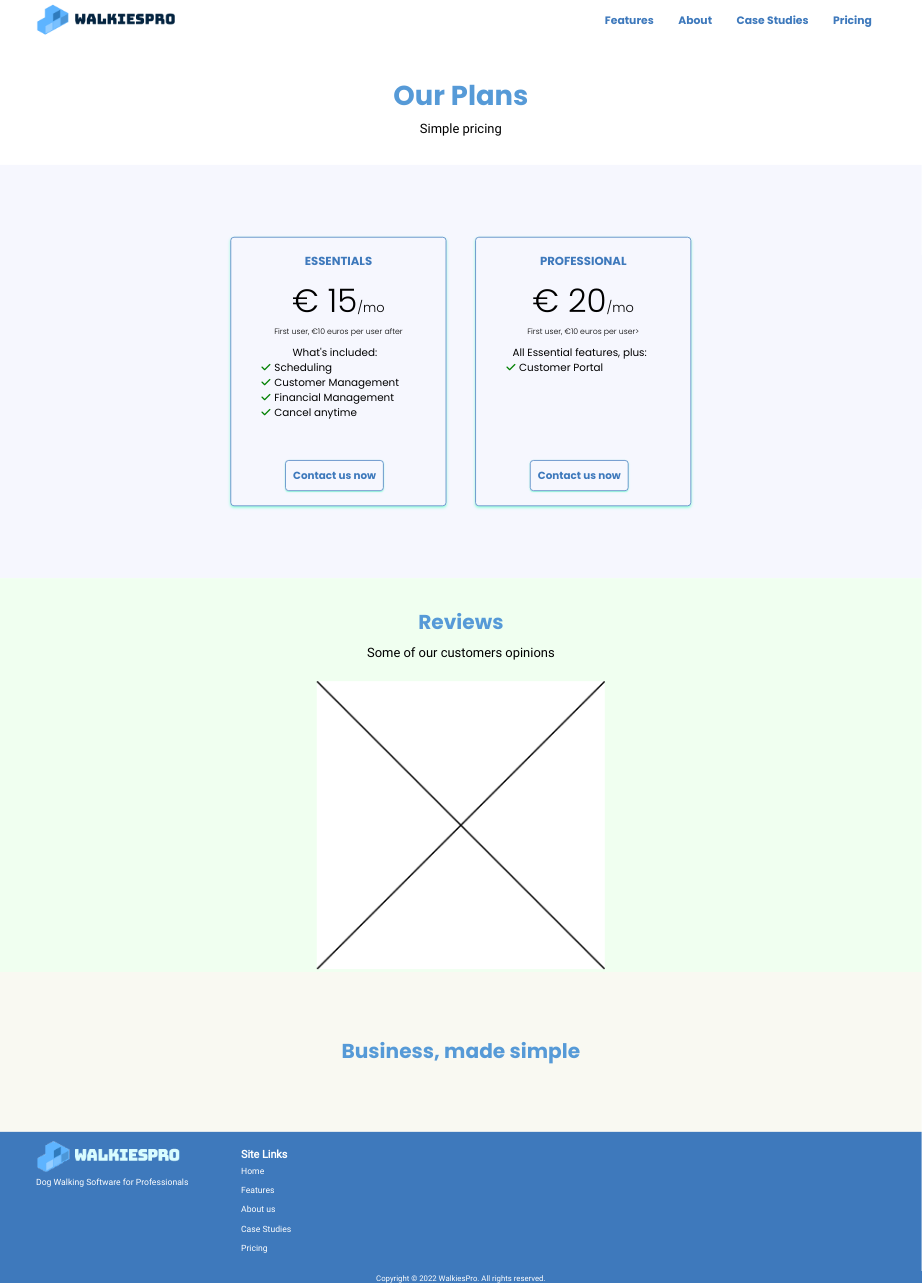
Repository: StevieC87/LAYOUT4
Page: pricing.html
An editor plug-in stored every save of this project. The page is shown before and after the next save, followed by the edit.
The browser window is 1280 px wide. The pictures show the whole page, at 72% of full size.

Above is the page before, as saved 2022-01-05 22:19:53.

After the next save:
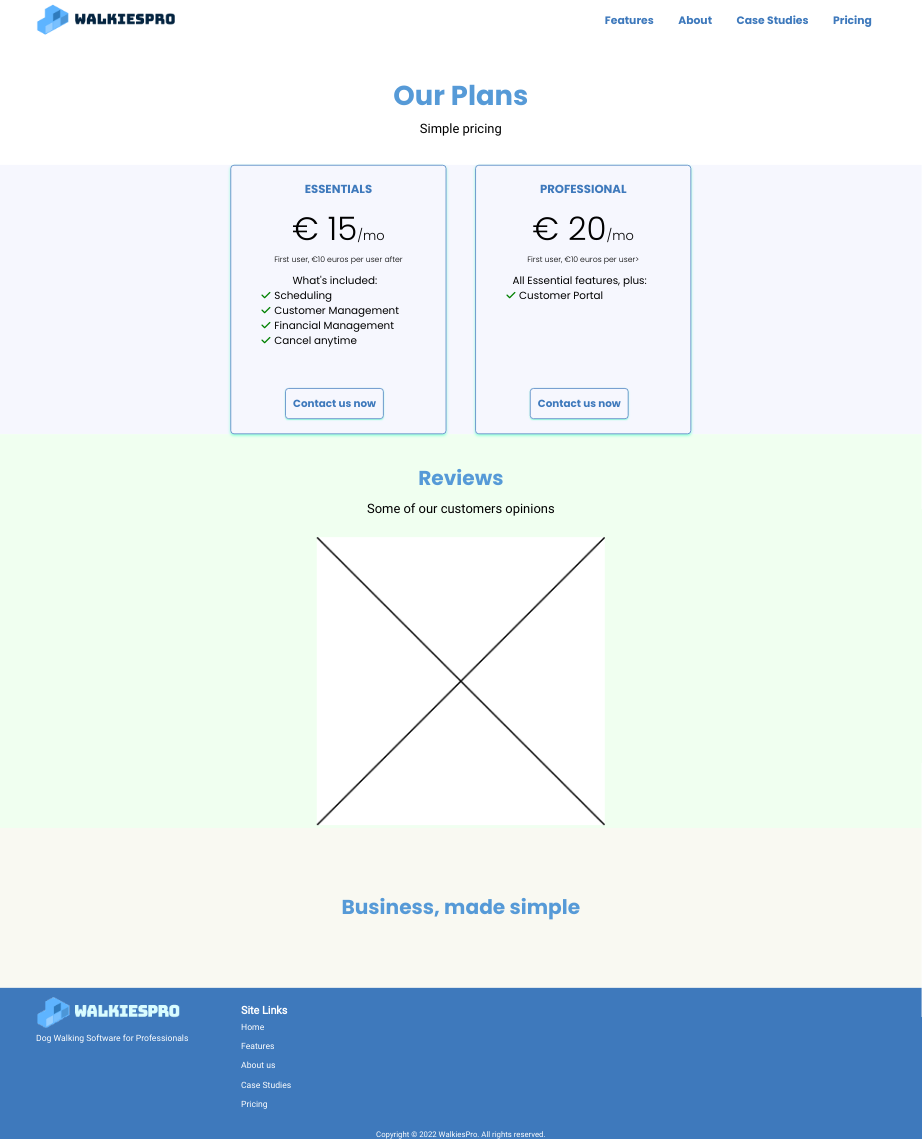
Saved 99 s later.
--- a/css/pricing.css
+++ b/css/pricing.css
@@ -82,7 +82,7 @@ li:before {
   display: grid;
   grid-template-columns: 1fr;
   grid-gap: 40px;
-  padding: 100px;
+  /* padding: 100px; */
 }
 @media (min-width: 676px) {
   .pricinginnerwrapper {
